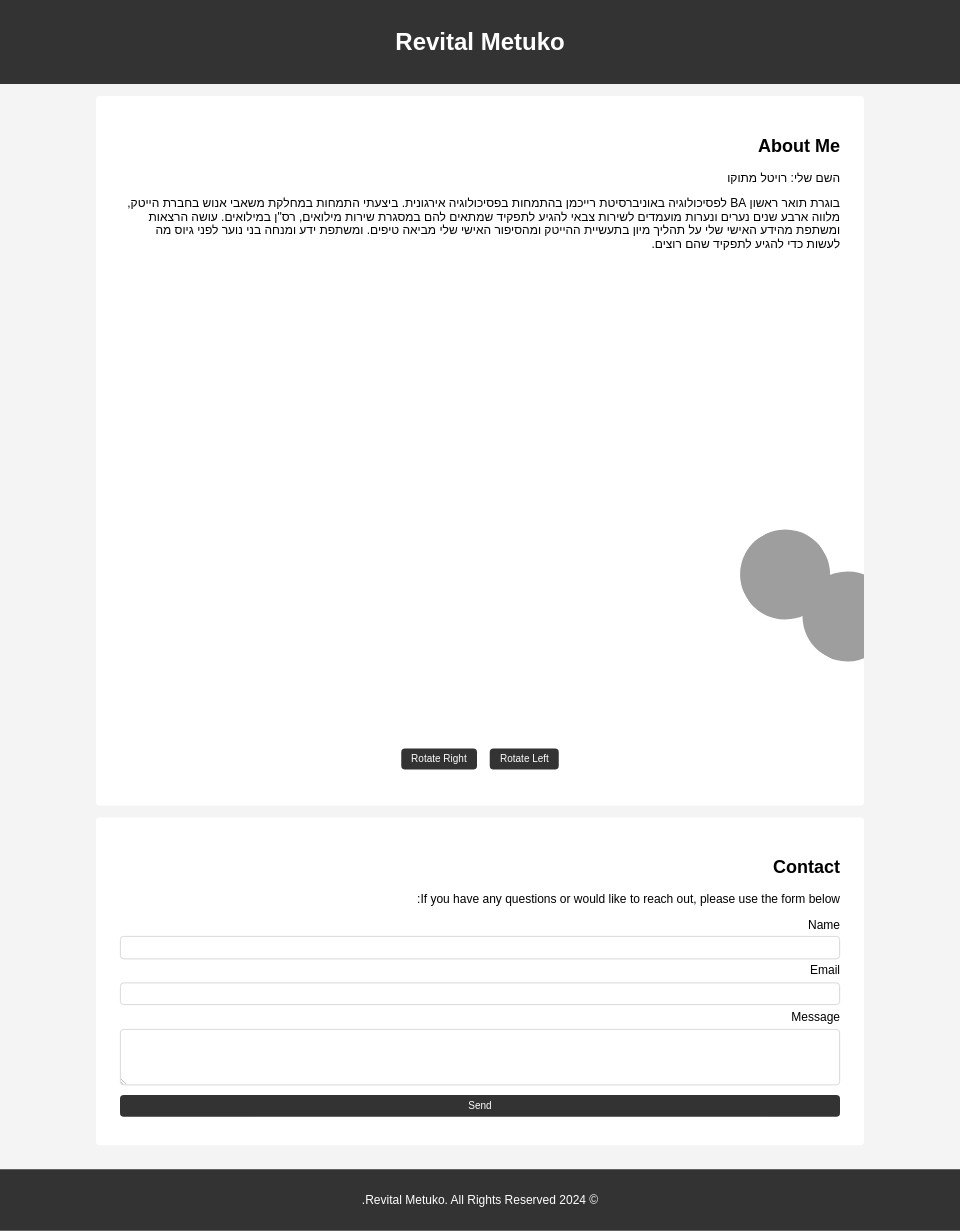
Repository: revitalmetuko/spiral-gallery
Page: RevitalWeb/index.html
These files come from the project's save history. The page is drawn as it stood at one moment and after the next save; the edit follows.
The browser window is 1280 px wide. The pictures show the whole page, at 75% of full size.
Pictures or frames that could not be fetched are drawn as grey boxes.

Above is the page before, as saved 2024-08-03 22:29:19.

After the next save:
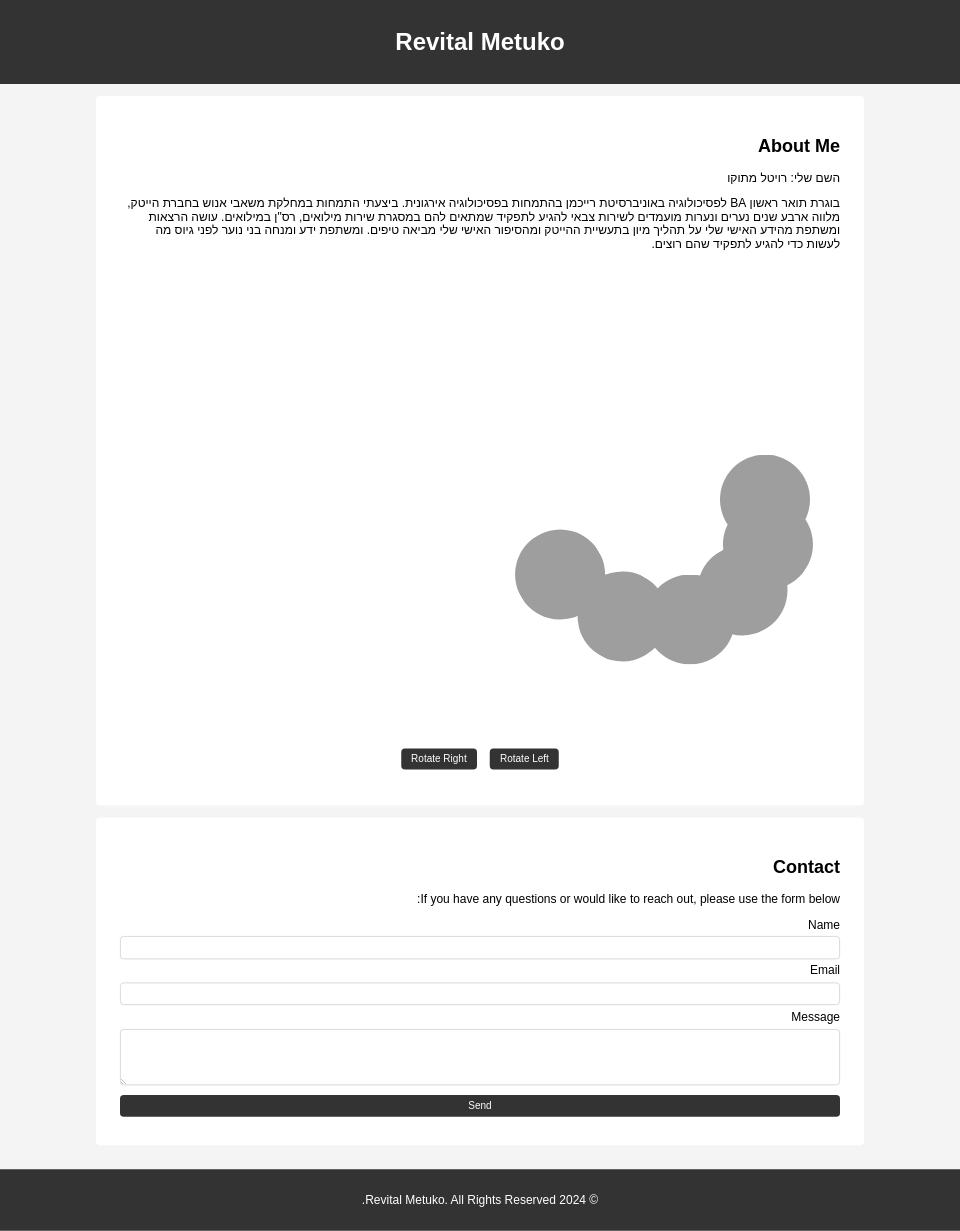
Saved 14 s later.
--- a/RevitalWeb/index.html
+++ b/RevitalWeb/index.html
@@ -129,7 +129,7 @@
 
     <script>
         const images = document.querySelectorAll('.spiral-container img');
-        const centerX = 400;
+        const centerX = 100;
         const centerY = 300;
         const radiusStep = 20;
         let currentRadius = 100;
